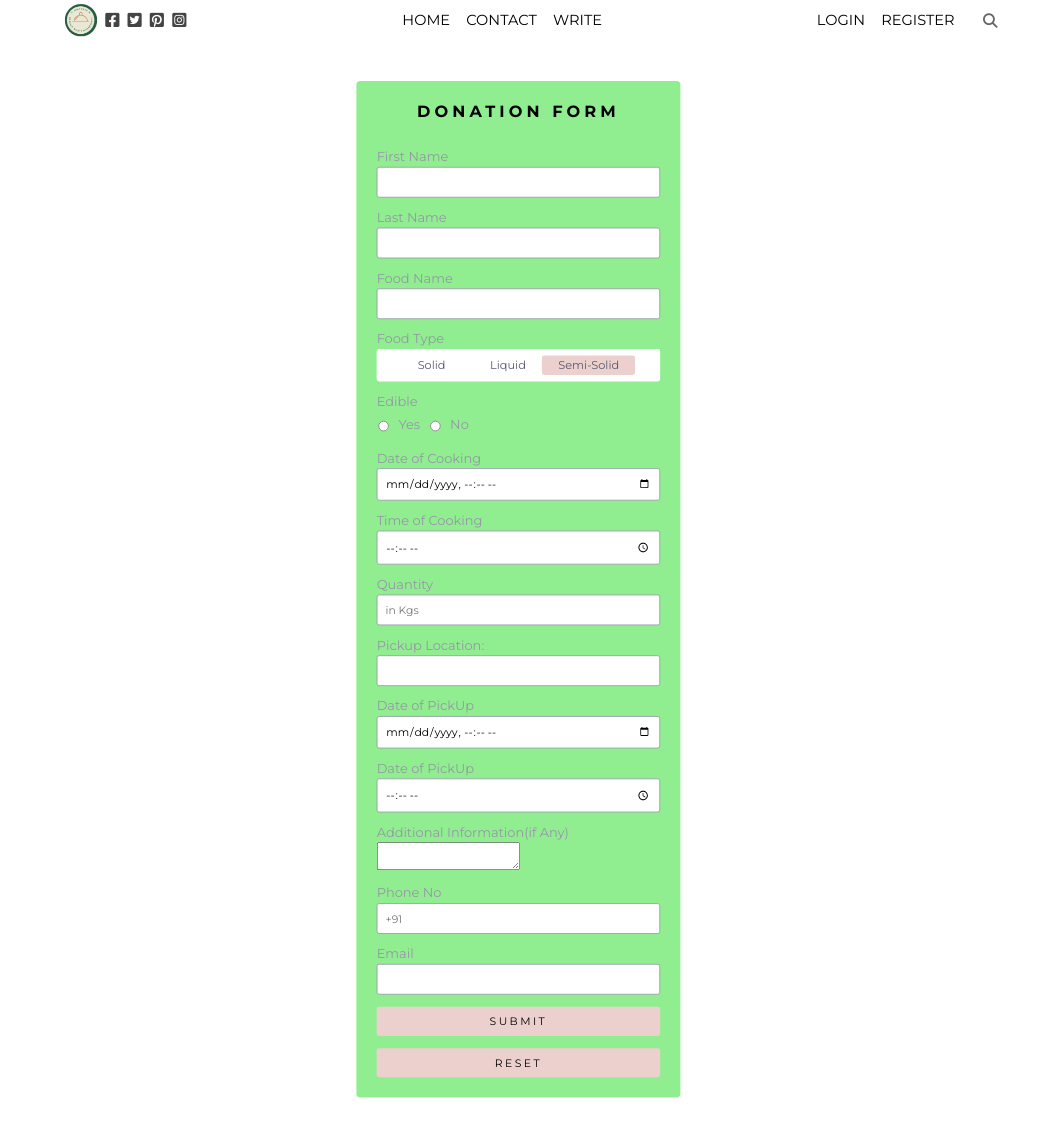
Repository: blsnabrhm/anna-daan
Page: /Contact (app in client/)
The author's editor kept a copy of each file at every save. The page is drawn from the files as they stood at one save, then again after the next save.
The browser window is 1280 px wide. The pictures show the whole page, at 81% of full size.
Some web libraries are served in a nearby version. The project was rebuilt for these pictures with package versions that can differ from the ones it lists, and the page was loaded fresh each time. Also part of the build but not shown: client/src/components/header/header.css, client/src/components/header/Header.jsx, client/src/components/posts/posts.css, client/src/components/posts/Posts.jsx, client/src/components/sidebar/sidebar.css, client/src/components/sidebar/SideBar.jsx, client/src/pages/home/home.css, client/src/pages/home/Home.jsx and 13 more. Imported but missing from the stored project, and not drawn on this page: client/src/components/post/Post.

Above is the page before, as saved 2022-04-22 09:26:46.

### client/public/index.html
<!DOCTYPE html>
<html lang="en">
  <head>
    <meta charset="utf-8" />
    <link rel="icon" href="%PUBLIC_URL%/favicon.ico" />
    <meta name="viewport" content="width=device-width, initial-scale=1" />
    <meta name="theme-color" content="#000000" />
    <meta
      name="description"
      content="Web site created using create-react-app"
    />
    <link rel="preconnect" href="https://fonts.googleapis.com">
    <link rel="preconnect" href="https://fonts.gstatic.com" crossorigin>
    <link href="https://fonts.googleapis.com/css2?family=Josefin+Sans:wght@100;200;300;400;500;600;700&family=Lora:ital@0;1&family=Varela&family=Varela+Round&display=swap" rel="stylesheet">
    <link rel="stylesheet" href="https://cdnjs.cloudflare.com/ajax/libs/font-awesome/6.1.1/css/all.min.css" integrity="sha512-KfkfwYDsLkIlwQp6LFnl8zNdLGxu9YAA1QvwINks4PhcElQSvqcyVLLD9aMhXd13uQjoXtEKNosOWaZqXgel0g==" crossorigin="anonymous" referrerpolicy="no-referrer" />
    <style>*{
      margin: 0;
    }</style>
    <style>
      .link {
        text-decoration: none;
        color: inherit;
      }
    </style>
    <title>Anna Daan</title>
  </head>
  <body>
    <noscript>You need to enable JavaScript to run this app.</noscript>
    <div id="root"></div>

  </body>
</html>

### client/src/index.js
import React from 'react';
import ReactDOM from 'react-dom/client';
import App from './App';
import { ContextProvider } from './context/Context';

const root = ReactDOM.createRoot(document.getElementById('root'));
root.render(
  <React.StrictMode>
    <ContextProvider>
    <App />
    </ContextProvider>
  </React.StrictMode>
);

### client/src/App.js
import Home from "./pages/home/Home";
import TopBar from "./components/topbar/TopBar";
import Single from "./pages/single/Single";
import Write from "./pages/write/Write";
import Settings from "./pages/settings/Settings";
import Login from "./pages/login/Login";
import Register from "./pages/register/Register";
import Contact from "./pages/contact/Contact";
import { BrowserRouter as Router, Switch, Route, Link } from "react-router-dom";
import { useContext } from "react";
import { Context } from "./context/Context";

function App() {
  const { user } = useContext(Context);
  return (
    <Router>
      <TopBar />
      <Switch>
        <Route exact path="/">
          <Home />
        </Route>
        <Route path="/register">{user ? <Home /> : <Register />}</Route>
        <Route path="/login">{user ? <Home /> : <Login />}</Route>
        <Route path="/Contact">{user ? <Contact />: <Contact/> }</Route>
        <Route path="/write">{user ? <Write /> : <Register />}</Route>
        <Route path="/settings">{user ? <Settings /> : <Register />}</Route>
        <Route path="/post/:postId">
          <Single />
        </Route>
      </Switch>
    </Router>
  );
}

export default App;

### client/src/context/Context.js
import { createContext, useEffect, useReducer } from "react";
import Reducer from "./Reducer";

const INITIAL_STATE = {
  user: JSON.parse(localStorage.getItem("user")) || null,
  isFetching: false,
  error: false,
};

export const Context = createContext(INITIAL_STATE);

export const ContextProvider = ({ children }) => {
  const [state, dispatch] = useReducer(Reducer, INITIAL_STATE);

  useEffect(() => {
    localStorage.setItem("user", JSON.stringify(state.user));
  }, [state.user]);

  return (
    <Context.Provider
      value={{
        user: state.user,
        isFetching: state.isFetching,
        error: state.error,
        dispatch,
      }}
    >
      {children}
    </Context.Provider>
  );
};

### client/src/components/topbar/TopBar.jsx
import { useContext } from "react";
import { Link } from "react-router-dom";
import { Context } from "../../context/Context";
import "./topbar.css";

export default function TopBar() {
  const { user, dispatch } = useContext(Context);
  const PF = "http://localhost:3000/images/"

  const handleLogout = () => {
    dispatch({ type: "LOGOUT" });
  };
  return (
    <div className="top">
      <div className="topLeft">
        <img className="topImg topLogo" src={require('../../assets/Anna_Daan.png')} alt="" />
        <i className="topIcon fab fa-facebook-square"></i>
        <i className="topIcon fab fa-twitter-square"></i>
        <i className="topIcon fab fa-pinterest-square"></i>
        <i className="topIcon fab fa-instagram-square"></i>
      </div>
      <div className="topCenter">
        <ul className="topList">
          <li className="topListItem">
            <Link className="link" to="/" >
              HOME
            </Link>
          </li>
          <li className="topListItem">
            <Link className="link" to="/contact" >
              CONTACT
            </Link>
          </li>
          <li className="topListItem">
            <Link className="link" to="/write">
              WRITE
            </Link>
          </li>
          <li className="topListItem" onClick={handleLogout}>
            {user && "LOGOUT"}
          </li>
        </ul>
      </div>
      <div className="topRight">
        {user ? (
          <Link to="/settings">
            <img className="topImg" src={PF+user.profilePic} alt="" />
          </Link>
        ) : (
          <ul className="topList">
            <li className="topListItem">
              <Link className="link" to="/login" >
                LOGIN
              </Link>
            </li>
            <li className="topListItem">
              <Link className="link" to="/register">
                REGISTER
              </Link>
            </li>
          </ul>
        )}
        <i className="topSearchIcon fas fa-search"></i>
      </div>
    </div>
  );
}

### client/src/pages/contact/Contact.jsx
import './contact.css'

export default function Contact() {
    return (
    <div className='contact'>
        <div class="registration_form">
		<div class="title">
			Donation Form
		</div>

		<form>
			<div class="form_wrap">
                <div className="input_wrap">
					<label for="fname">First Name</label>
					<input type="text" id="email"/>
				</div>
				<div className="input_wrap">
					<label for="lname">Last Name</label>
					<input type="text" id="email"/>
				</div>
                <div >

                </div>

                <div className="input_wrap">
					<label for="fname">Food Name</label>
					<input type="text" id="email"/>
				</div>
                <div className="input_wrap">
					<label>Food Type</label>
					<ul>
						<li>
							<label className="radio_wrap">
								<input type="radio" name="gender" value="male" className="input_radio" checked/>
								<span>Solid</span>
							</label>
						</li>
						<li>
							<label className="radio_wrap">
								<input type="radio" name="gender" value="female" className="input_radio"/>
								<span>Liquid</span>
							</label>
						</li>
                        <li>
							<label className="radio_wrap">
								<input type="radio" name="gender" value="male" className="input_radio" checked/>
								<span>Semi-Solid</span>
							</label>
						</li>
					</ul>
				</div>
                <div className="input_wrap">
                    <label className='edi' for="edible">Edible</label>
                    <div className='edible'>
                    <input className='edible' type="radio" id="y" name='edible'/>
                    <label className='edible' for="edible">Yes  </label>
                    <input className='edible' type="radio" id="n" name='edible'/>
                    <label className='edible' for="edible">No  </label>
                    </div>
                </div>
                <div className='input_wrap'>
                    <label for="dot">Date of Cooking</label>
					<input type="datetime-local" id="dot" class="ta"/>
                </div>
                <div className='input_wrap'>
                    <label for="dot">Time of Cooking</label>
					<input type="time" id="dot" class="ta"/>
                </div>
                <div className='input_wrap'>
                    <label for="quant">Quantity</label>
					<input type="number" id="quant" placeholder="in Kgs"/>
                </div>
                <div className='input_wrap'>
                    <label for="loc">Pickup Location:</label>
					<input type="text" id="loc" class="ta"/>
                </div>
                <div className='input_wrap'>
                    <label for="pick">Date of PickUp</label>
					<input type="datetime-local" id="pick"/>
                </div>
                <div className='input_wrap'>
                    <label for="pick">Date of PickUp</label>
					<input type="time" id="pick"/>
                </div>
                <div className='input_wrap'>
                    <label>Additional Information(if Any)</label>
					<textarea class="txta" for="ta"></textarea>
                </div>
				<div className="input_wrap">
					<label for="city">Phone No</label>
					<input type="tel" id="city" placeholder="+91"/>
				</div>
				<div className="input_wrap">
					<label for="country">Email</label>
					<input type="text" id="country"/>
				</div>
				<div className="input_wrap">
					<input type="submit" value="Submit" className="submit_btn"/>
				</div>
        <div className="input_wrap">
					<input type="submit" value="Reset" className="submit_btn"/>
				</div>
			</div>
		</form>
	</div>
    </div>
    )
}

### client/src/context/Reducer.js
const Reducer = (state, action) => {
  switch (action.type) {
    case "LOGIN_START":
      return {
        user: null,
        isFetching: true,
        error: false,
      };
    case "LOGIN_SUCCESS":
      return {
        user: action.payload,
        isFetching: false,
        error: false,
      };
    case "LOGIN_FAILURE":
      return {
        user: null,
        isFetching: false,
        error: true,
      };
      case "UPDATE_START":
        return {
          ...state,
          isFetching:true
        };
      case "UPDATE_SUCCESS":
        return {
          user: action.payload,
          isFetching: false,
          error: false,
        };
      case "UPDATE_FAILURE":
        return {
          user: state.user,
          isFetching: false,
          error: true,
        };
    case "LOGOUT":
      return {
        user: null,
        isFetching: false,
        error: false,
      };
    default:
      return state;
  }
};

export default Reducer;

### client/src/components/topbar/topbar.css
.top {
    width: 100%;
    height: 50px;
    background-color: white;
    position: sticky;
    top: 0;
    display: flex;
    align-items: center;
    font-family: "Josefin Sans", sans-serif;
    z-index: 999;
  }

  .topLeft,
  .topRight {
    flex: 3;
    display: flex;
    align-items: center;
    justify-content: center;
  }

  .topCenter {
    flex: 6;
  }

  .topLogo {
    margin-right: 10px;
  }

  .topIcon {
    font-size: 20px;
    margin-right: 10px;
    color: #444;
    cursor: pointer;
  }

  .topImg {
    width: 40px;
    height: 40px;
    border-radius: 50%;
    object-fit: cover;
    cursor: pointer;
  }

  .topList {
    display: flex;
    justify-content: center;
    margin: 0;
    padding: 0;
    list-style: none;
  }

  .topListItem {
    margin-right: 20px;
    font-size: 18px;
    font-weight: 300;
    cursor: pointer;
  }

  .topSearchIcon {
    font-size: 18px;
    color: #666;
    cursor: pointer;
    margin-left: 15px;
  }

### client/src/pages/contact/contact.css
@import url('https://fonts.googleapis.com/css2?family=Montserrat:wght@400;700&display=swap');

*{
	margin: 0;
	padding: 0;
	box-sizing: border-box;
	list-style: none;
	font-family: 'Montserrat', sans-serif;
}

.contact {
    display: flex;
    align-items: center;
    justify-content: center;
    margin: 50px 0;
}


.edible {
    display: flex;
    flex-wrap: wrap;
    margin-top: 3px;
    margin-right: 10px;
    padding: 2px;
}

.wrapper{
	min-height: 100vh;
	display: flex;
	justify-content: center;
	align-items: center;
}

.registration_form{
	background: lightgreen;
	padding: 25px;
	border-radius: 5px;
	width: 400px;
}

.registration_form .title{
	text-align: center;
	font-size: 20px;
	text-transform: uppercase;
	color: #000000;
	letter-spacing: 5px;
	font-weight: 700;
}

.form_wrap{
	margin-top: 35px;
}

.form_wrap .input_wrap{
	margin-bottom: 15px;
}

.form_wrap .input_wrap:last-child{
	margin-bottom: 0;
}

.form_wrap .input_wrap label{
	display: block;
	margin-bottom: 3px;
	color: #9597a6;
}
.form_wrap .input_grp  input[type="text"] ,input[type="number"] {
	width: 165px;
}

.form_wrap  input[type="text"], input[type="number"], input[type="tel"],  input[type="time"] ,  input[type="datetime-local"], input[type="textarea"]  {
	width: 100%;
	border-radius: 3px;
	border: 1px solid #9597a6;
	padding: 10px;
	outline: none;
}

.form_wrap  input[type="text"]:focus{
	border-color: #ebd0ce;
}

.form_wrap ul{
	background: #fff;
	padding: 8px 10px;
	border-radius: 3px;
	display: flex;
	justify-content: center;
}

.form_wrap ul li:first-child{
	margin-right: 15px;
}
.form_wrap ul .radio_wrap{
	position: relative;
	margin-bottom: 0;
}

.form_wrap ul .radio_wrap .input_radio{
	position: absolute;
	top: 0;
	right: 0;
	opacity: 0;
}

.form_wrap ul .radio_wrap span{
	display: inline-block;
	font-size: 14px;
	padding: 3px 20px;
	border-radius: 3px;
	color: #545871;
}

.form_wrap .input_radio:checked ~ span{
	background: #ebd0ce;
}

.form_wrap .submit_btn{
	width: 100%;
	background: #ebd0ce;
	padding: 10px;
	border: 0;
	border-radius: 3px;
	text-transform: uppercase;
	letter-spacing: 3px;
	cursor: pointer;
}

.form_wrap .submit_btn:hover{
	background: #ffd5d2;
}

After the next save:
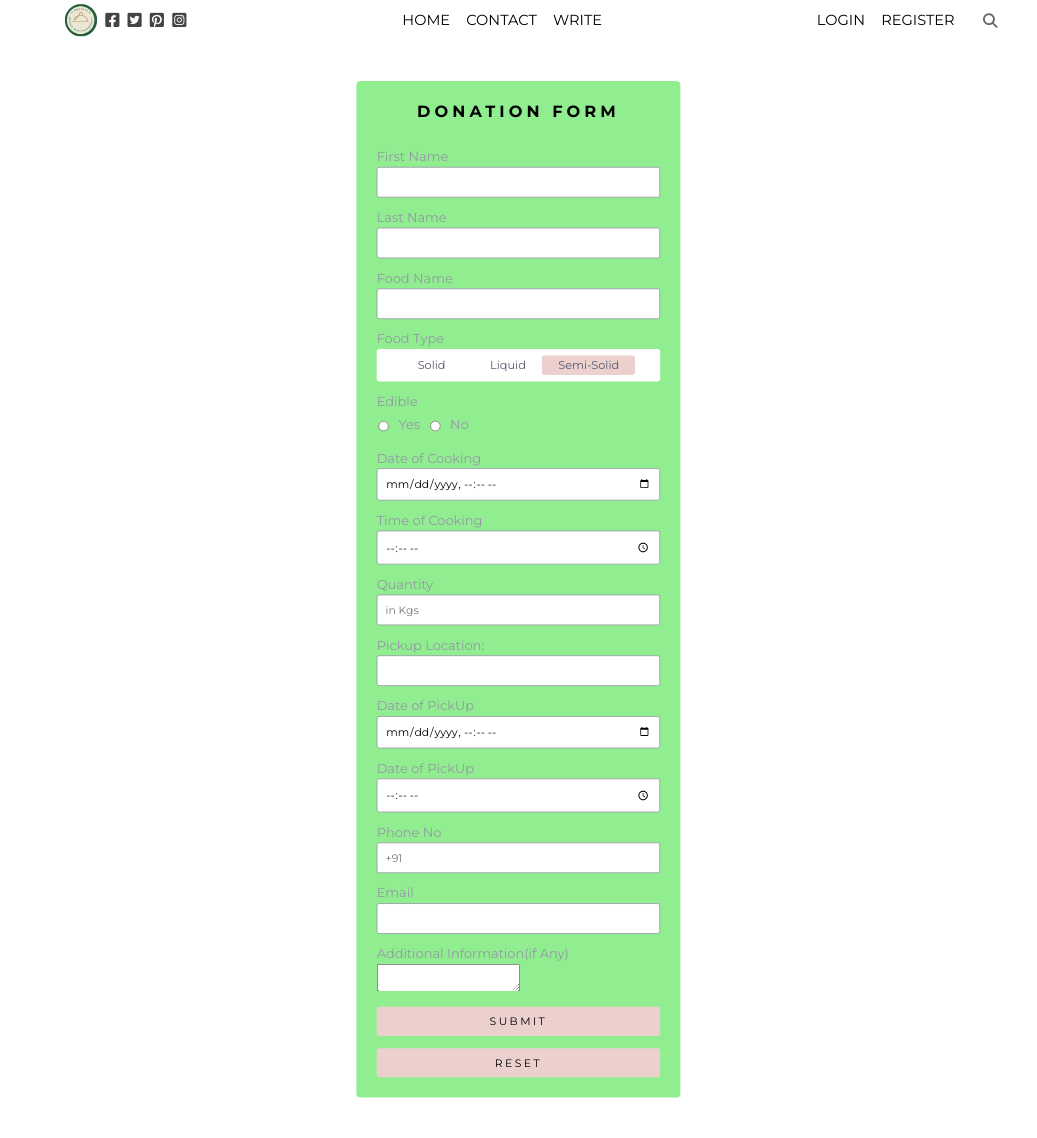
Saved 86 s later.
--- a/client/src/pages/contact/Contact.jsx
+++ b/client/src/pages/contact/Contact.jsx
@@ -82,10 +82,6 @@ export default function Contact() {
                     <label for="pick">Date of PickUp</label>
 					<input type="time" id="pick"/>
                 </div>
-                <div className='input_wrap'>
-                    <label>Additional Information(if Any)</label>
-					<textarea class="txta" for="ta"></textarea>
-                </div>
 				<div className="input_wrap">
 					<label for="city">Phone No</label>
 					<input type="tel" id="city" placeholder="+91"/>
@@ -94,6 +90,10 @@ export default function Contact() {
 					<label for="country">Email</label>
 					<input type="text" id="country"/>
 				</div>
+                <div className='input_wrap'>
+                    <label>Additional Information(if Any)</label>
+					<textarea class="txta" for="ta"></textarea>
+                </div>
 				<div className="input_wrap">
 					<input type="submit" value="Submit" className="submit_btn"/>
 				</div>
